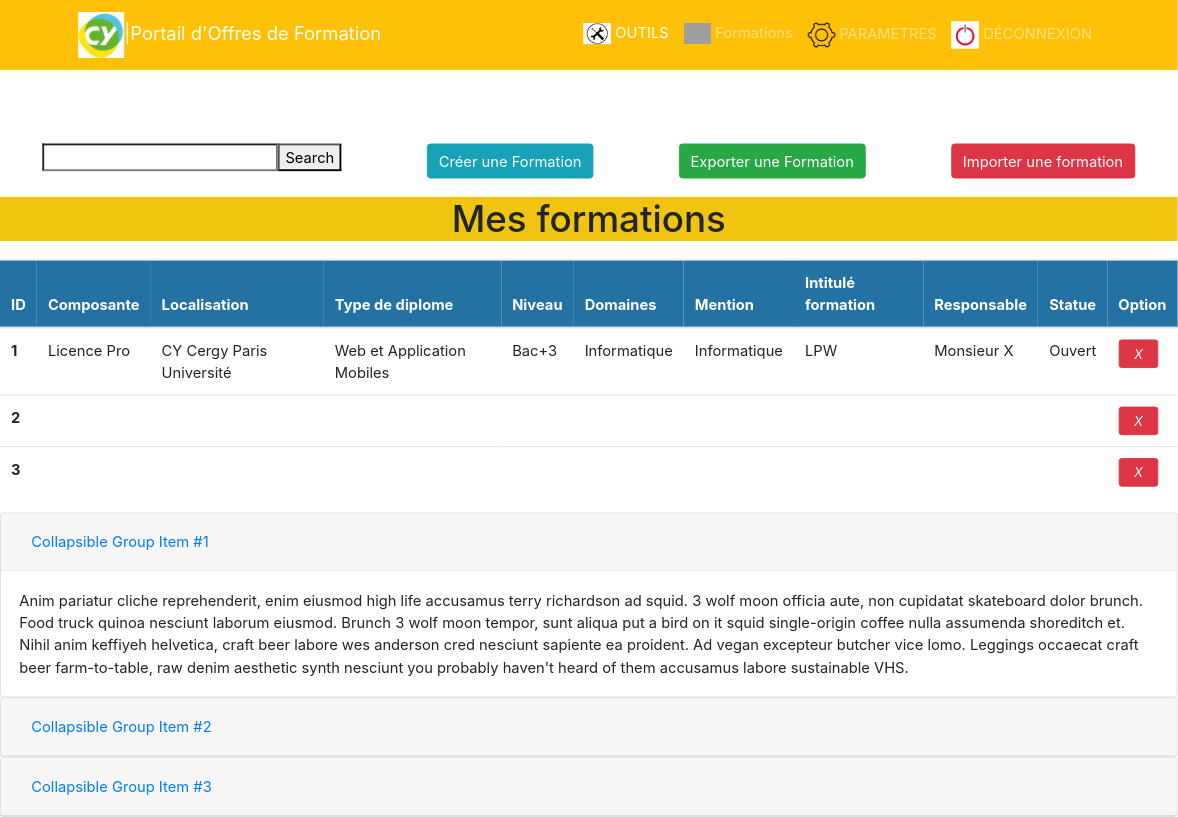
Repository: BaldeThierno1990/Projet-1-formation-tableau-generique-vue-export
Page: / (app in mcc/)
An editor plug-in stored every save of this project. The page is shown before and after the next save, followed by the edit.
The browser window is 1280 px wide. The pictures show the whole page, at 92% of full size.
Pictures or frames that could not be fetched are drawn as grey boxes. The project was rebuilt for these pictures with package versions that can differ from the ones it lists, and the page was loaded fresh each time.

Above is the page before, as saved 2021-03-22 13:08:32.

After the next save:
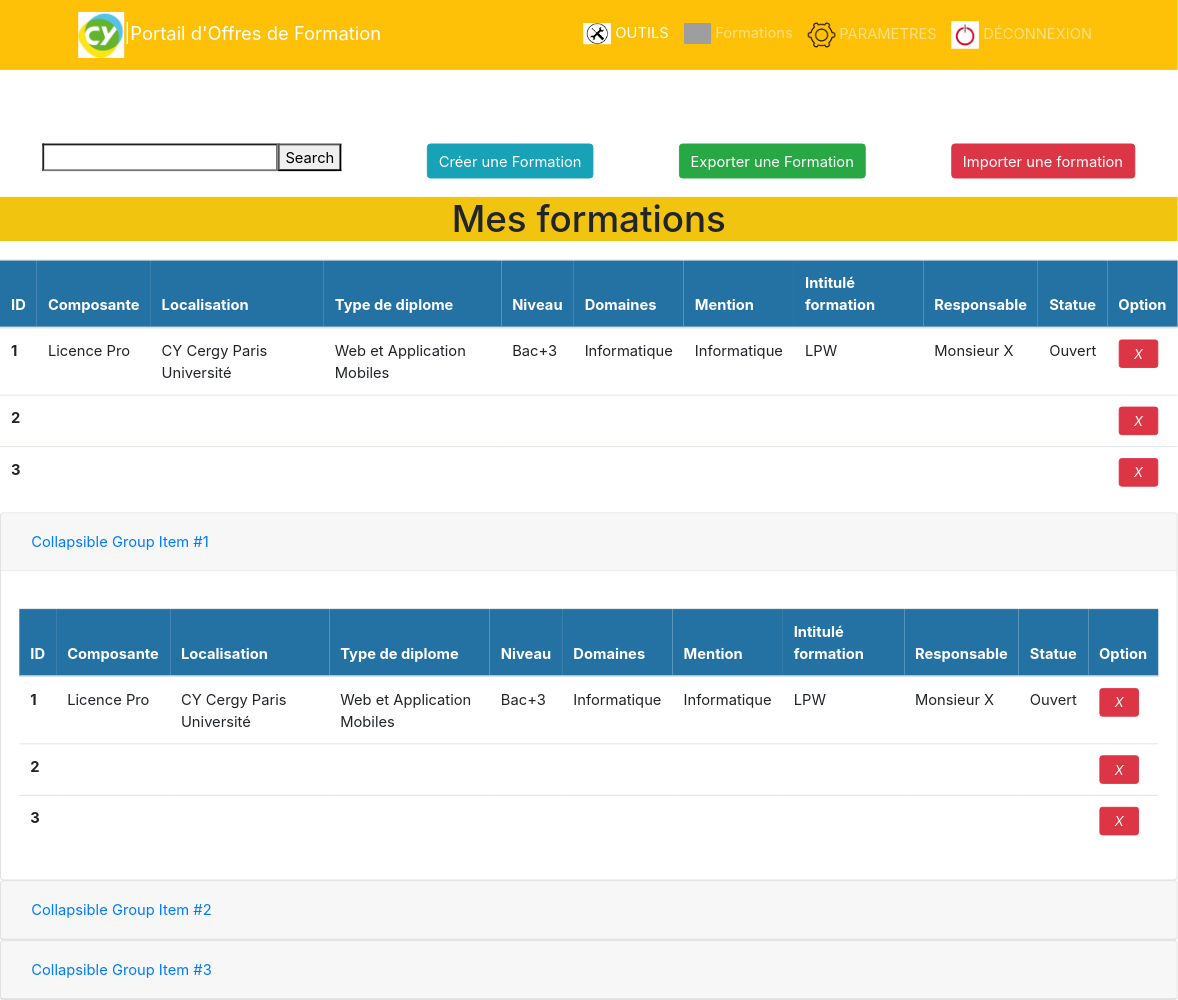
Saved 42 s later.
--- a/mcc/src/components/tableau/VFormation.vue
+++ b/mcc/src/components/tableau/VFormation.vue
@@ -12,7 +12,79 @@
 
     <div id="collapseOne" class="collapse show" aria-labelledby="headingOne" data-parent="#accordion">
       <div class="card-body">
-        Anim pariatur cliche reprehenderit, enim eiusmod high life accusamus terry richardson ad squid. 3 wolf moon officia aute, non cupidatat skateboard dolor brunch. Food truck quinoa nesciunt laborum eiusmod. Brunch 3 wolf moon tempor, sunt aliqua put a bird on it squid single-origin coffee nulla assumenda shoreditch et. Nihil anim keffiyeh helvetica, craft beer labore wes anderson cred nesciunt sapiente ea proident. Ad vegan excepteur butcher vice lomo. Leggings occaecat craft beer farm-to-table, raw denim aesthetic synth nesciunt you probably haven't heard of them accusamus labore sustainable VHS.
+       <table class="table align-middle">
+
+  <thead>
+    <tr class="colonne">
+      <th scope="col">ID</th>
+      <th scope="col">Composante</th>
+      <th scope="col">Localisation</th>
+      <th scope="col">Type de diplome</th>
+      <th scope="col">Niveau</th>
+      <th scope="col">Domaines</th>
+      <th scope="col">Mention</th>
+      <th scope="col">Intitulé formation</th>
+      <th scope="col">Responsable</th>
+      <th scope="col">Statue</th>
+      <th scope="col">Option</th>
+    </tr>
+  </thead>
+  <tbody>
+    <tr>
+      <th scope="row">1</th>
+       <td>Licence Pro</td>
+      <td>CY Cergy Paris Université</td>
+      <td>Web et Application Mobiles</td>
+      <td>Bac+3</td>
+      <td>Informatique</td>
+      <td>Informatique</td>
+      <td>LPW</td>
+      <td>Monsieur X</td>
+      <td>Ouvert</td>
+      <td>
+        <button type="button" class="btn btn-danger btn-sm px-3">
+          <i class="fas fa-times">X</i>
+        </button>
+      </td>
+    </tr>
+    <tr>
+      <th scope="row">2</th>
+      <td></td>
+      <td></td>
+      <td></td>
+      <td></td>
+      <td></td>
+      <td></td>
+      <td></td>
+      <td></td>
+      <td></td>
+
+      <td>
+        <button type="button" class="btn btn-danger btn-sm px-3">
+          <i class="fas fa-times">X</i>
+        </button>
+      </td>
+    </tr>
+    <tr>
+      <th scope="row">3</th>
+       <td></td>
+      <td></td>
+      <td></td>
+      <td></td>
+      <td></td>
+      <td></td>
+      <td></td>
+      <td></td>
+      <td></td>
+      <td>
+        <button type="button" class="btn btn-danger btn-sm px-3">
+          <i class="fas fa-times">X</i>
+        </button>
+      </td>
+    </tr>
+
+  </tbody>
+</table>
       </div>
     </div>
   </div>
